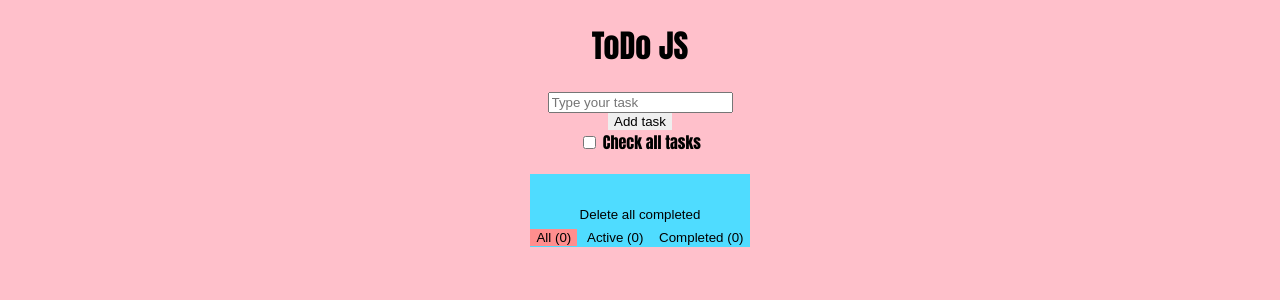
Repository: mklyagin/klyagin_todojs
Page: index.html
An editor plug-in stored every save of this project. The page is shown before and after the next save, followed by the edit.
The browser window is 1280 px wide. The pictures show the whole page.

Above is the page before, as saved 2024-02-27 17:38:26.

### index.html
<!DOCTYPE html>
<html lang="en">
  <head>
    <meta charset="UTF-8">
    <meta name="viewport" content="width=device-width, initial-scale=1.0">
    <title>ToDo JS</title>
    <link rel="stylesheet" href="./style.css">
  </head>
  <body>
    <h1>ToDo JS</h1>
    <input maxlength="15" id="enter-task-input" placeholder="Type your task">
    <button type="button" id="add-task-button">Add task</button>
    <div class ='check-all-task'>
      <input type="checkbox" id="check-all-checkbox">
      <span>Check all tasks</span>
    </div>
    <div class="task-functions">
      <ul id="task-list"></ul>
      <button type="button" id="delete-all-completed-button">
        Delete all completed
      </button>
      <div id="tabulation">
        <button id="show-all" class="tab-button active">All (0)</button>
        <button id="show-active" class="tab-button">Active (0)</button>
        <button id="show-completed" class="tab-button" >Completed (0)</button>
      </div>
    </div>
    <div id="pagination"></div>
    <script src="./script.js"></script>
  </body>
</html>

### style.css

body {
  display: flex;
  flex-direction: column;
  margin: auto;
  align-items: center;
  justify-content: center;
  font-family: Impact, Haettenschweiler, 'Arial Narrow Regular', sans-serif;
  background-color: pink;
}

body > h1 {
  font-family: Impact, Haettenschweiler, 'Arial Narrow Bold', sans-serif;
}

button {
 border: none;
}

li {
  text-decoration: none;
  list-style-type: none;
}

.task-functions {
  margin: 20px 20px;
  display: flex;
  flex-direction: column;
  align-items: center;
  justify-content: space-between;
  background: #4fdcff;
}

.task-functions > button {
  background-color: inherit;
}

.tabulation {
  background-color: inherit;
}

.tab-button {
  background-color: inherit;
}

.hidden-element {
  display: none;
}

.active {
  background-color: rgb(255, 142, 142);
}

.page-number {
  border: 1px solid black;
  border-radius: 100%;
}

### script.js
(() => {
  const buttonTaskAdd = document.querySelector('#add-task-button');
  const inputTask = document.querySelector('#enter-task-input');
  const ulTask = document.querySelector('#task-list');
  const checkAllCheckbox = document.querySelector('#check-all-checkbox');
  const deleteAllCompletedButton = document.querySelector('#delete-all-completed-button');
  const tabulationDiv = document.querySelector('#tabulation');
  const paginationDiv = document.querySelector('#pagination');

  const ENTER_KEY = 'Enter';
  const ESCAPE_KEY = 'Escape';
  const QUANTITY_OF_TASKS = 5;

  let taskList = [];
  let taskListPages = [[]];
  let filterType = 0;
  let currentPage = 0;

  const strValidation = (inputStr) => inputStr.replace(/[!@#$%^&*()'"`<>;:]/g, '');

  const checkAllTaskStates = () => {
    checkAllCheckbox.checked = taskList.length
      ? (taskList.every((task) => task.isDone))
      : false;
  };

  const listToPages = (currentList) => {
    taskListPages = [[]];
    let index = 0;
    currentList.forEach((task) => {
      if (taskListPages[index].length === QUANTITY_OF_TASKS) {
        taskListPages.push([]);
        index += 1;
      }
      taskListPages[index].push(task);
    });
  };

  const taskFilter = (currentList) => {
    switch (filterType) {
      case (0):
        return currentList;
      case (1):
        currentList = currentList.filter((task) => !task.isDone);
        return currentList;
      case (2):
        currentList = currentList.filter((task) => task.isDone);
        return currentList;
      default:
        return undefined;
    }
  };

  const taskValidation = () => {
    taskList.forEach((task) => {
      task.title = task.title.trim();
    });
    taskList = taskList.filter((task) => task.title.length);
  };
  const taskFilterCounter = () => {
    const counter = {
      total: taskList.length,
      active: (taskList.filter((task) => !task.isDone)).length,
      completed: (taskList.filter((task) => task.isDone)).length,
    };

    return counter;
  };

  const taskRender = (isAdding) => {
    let listOfTasks = '';
    let prePaginationList = '';
    let currentList = [];
    taskValidation();
    currentList = taskFilter(taskList);
    listToPages(currentList);
    if (isAdding) {
      currentPage = taskListPages.length - 1;
    }
    taskListPages[currentPage].forEach((task) => {
      listOfTasks
    += `<li id=${task.id}>
    <input type="checkbox" class="check-task" ${task.isDone ? 'checked' : ''}>
    <span class="task-title">${task.title}</span>
    <input hidden maxlength="15" class="edit-task" id=${task.id} value=${task.title} >
    <button type="button" class="delete-task">X</button>
    </li>`;
    });
    ulTask.innerHTML = listOfTasks;
    checkAllTaskStates();
    const tabNumbers = taskFilterCounter();
    for (let index = 0; index < 3; index += 1) {
      if (index === filterType) {
        tabulationDiv.children[index].classList.add('active');
      } else {
        tabulationDiv.children[index].classList.remove('active');
      }
    }
    tabulationDiv.children[0].innerHTML = `All (${tabNumbers.total})`;
    tabulationDiv.children[1].innerHTML = `Active (${tabNumbers.active})`;
    tabulationDiv.children[2].innerHTML = `Completed (${tabNumbers.completed})`;
    for (let i = 0; i < taskListPages.length; i += 1) {
      prePaginationList += `<button class="page-number ${(i === currentPage ? 'active' : '')}">${i + 1}</button>`;
    }
    paginationDiv.innerHTML = prePaginationList;
  };

  const setPage = (event) => {
    if (event.target.classList.contains('page-number')) {
      currentPage = event.target.innerHTML - 1;
    }
    taskRender();
  };

  const addTask = () => {
    const task = {
      id: Date.now(),
      title: strValidation(inputTask.value),
      isDone: false,
    };

    taskList.push(task);
    inputTask.value = '';
    taskRender(true);
  };

  const editVisibilityToggle = (target) => {
    target.hidden = !target.hidden;
    if (target.className === 'task-title') {
      target.nextElementSibling.hidden = !target.nextElementSibling.hidden;
      target.nextElementSibling.focus();
    } else {
      target.previousElementSibling.hidden = !target.previousElementSibling.hidden;
    }
  };

  const editMode = (event) => {
    if (event.target.className === 'edit-task') {
      if (event.key === ESCAPE_KEY) {
        taskRender();
      } else if (event.key === ENTER_KEY || (event.type === 'blur' && event.sourceCapabilities)) {
        event.target.value = event.target.value.trim();
        if (!event.target.value.length) {
          taskRender();
        } else {
          editVisibilityToggle(event.target.previousElementSibling);
          taskList.forEach((task) => {
            if (task.id === Number(event.target.id)) {
              task.title = strValidation(event.target.value);
            }
          });
          taskRender();
        }
      }
    }
  };

  const eventUlHandlerListener = (event) => {
    const eventTaskID = Number(event.target.parentNode.id);
    const elemClass = event.target.className;
    if (elemClass === 'check-task') {
      taskList.forEach((task) => {
        if (task.id === eventTaskID) {
          task.isDone = event.target.checked;
        }
        checkAllTaskStates();
      });
      taskRender();
    } else if (elemClass === 'delete-task' && event.type === 'click') {
      taskList = taskList.filter((task) => task.id !== eventTaskID);
      taskRender();
    } else if (elemClass === 'task-title' && event.detail === 2) {
      editVisibilityToggle(event.target);
    }
  };

  const inputTaskListener = (event) => {
    if (event.key === ENTER_KEY) {
      addTask();
      inputTask.blur();
    }
  };

  const deleteCompleted = () => {
    taskList = taskList.filter((task) => !task.isDone);
    taskRender();
  };

  const checkAll = () => {
    taskList.forEach((task) => {
      task.isDone = checkAllCheckbox.checked;
    });
    taskRender();
  };

  const paginationCounter = (totalNumber) => {
    switch (totalNumber) {
      case 0:
        return 0;
      case totalNumber < 0:
        return 0;
      default:
        return (Math.ceil(totalNumber / 5) - 1);
    }
  };

  const tabulationListener = (event) => {
    const tabNumbers = taskFilterCounter();
    switch (event.target.id) {
      case ('show-all'):
        filterType = 0;
        currentPage = paginationCounter(tabNumbers.total);
        taskRender();
        break;
      case ('show-active'):
        filterType = 1;
        currentPage = paginationCounter(tabNumbers.active);
        taskRender();
        break;
      case ('show-completed'):
        filterType = 2;
        currentPage = paginationCounter(tabNumbers.completed);
        taskRender();
        break;
      default:
        break;
    }
  };

  ulTask.addEventListener('click', eventUlHandlerListener);
  ulTask.addEventListener('blur', editMode, true);
  ulTask.addEventListener('keydown', editMode);
  buttonTaskAdd.addEventListener('click', addTask);
  inputTask.addEventListener('keydown', inputTaskListener);
  deleteAllCompletedButton.addEventListener('click', deleteCompleted);
  checkAllCheckbox.addEventListener('click', checkAll);
  tabulationDiv.addEventListener('click', tabulationListener);
  paginationDiv.addEventListener('click', setPage);
})();

After the next save:
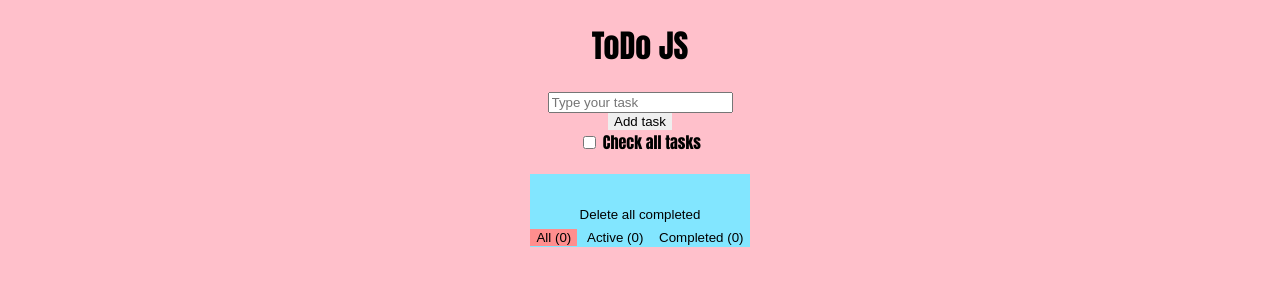
Saved 29 s later.
--- a/style.css
+++ b/style.css
@@ -28,7 +28,7 @@ li {
   flex-direction: column;
   align-items: center;
   justify-content: space-between;
-  background: #4fdcff;
+  background: #82e6ff;
 }
 
 .task-functions > button {
